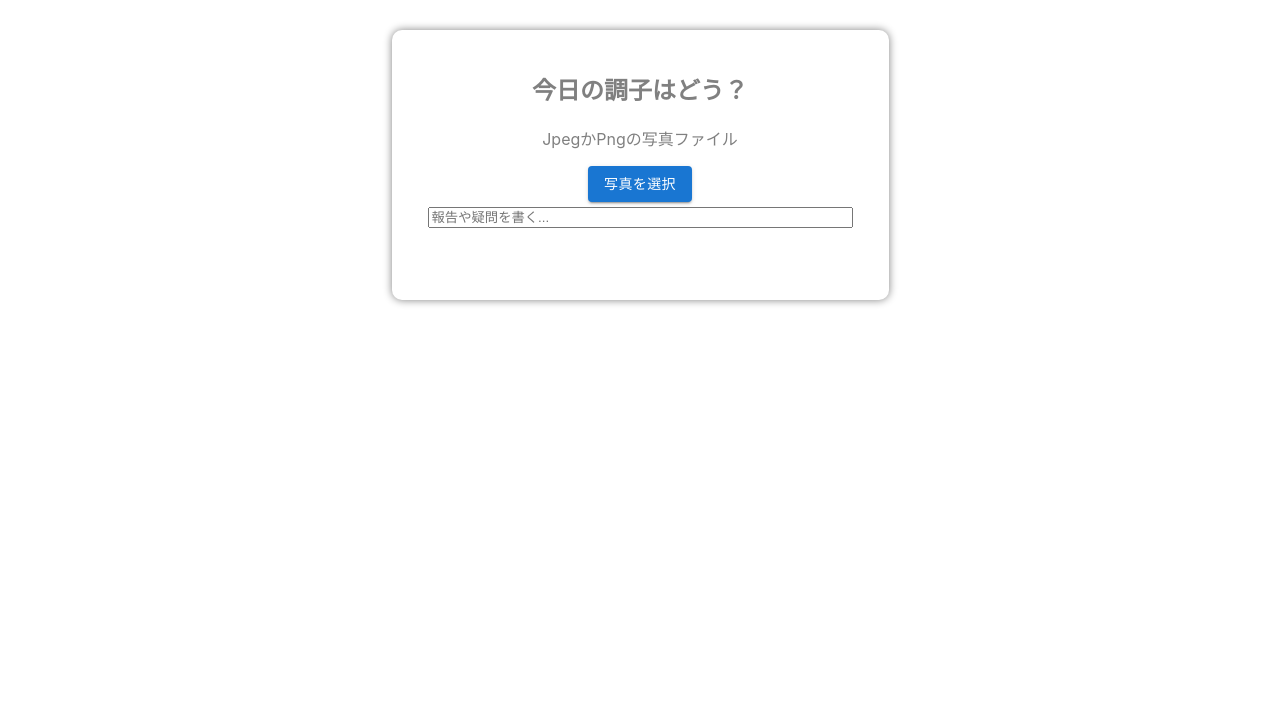
Repository: Seiya00002/seeds_surfers_react_sns
Page: /
An editor plug-in stored every save of this project. The page is shown before and after the next save, followed by the edit.
The browser window is 1280 px wide. The pictures show the whole page.
The page's requests for data from a server got no answer. The project was rebuilt for these pictures with package versions that can differ from the ones it lists, and the page was loaded fresh each time. No one was signed in, and anything a server would have sent is missing. Also part of the build but not shown: src/Post.css, src/Post.tsx.

Above is the page before, as saved 2023-08-03 07:47:38.

### src/App.tsx
import React from 'react';
import './App.css';
import { db, storage } from './firebase';
import { useEffect, useState, useRef } from "react";
import { collection, query, orderBy, getDocs, QuerySnapshot } from "firebase/firestore";
import { doc, onSnapshot } from 'firebase/firestore';
import Post from './Post';
import PostUploader from './PostUploader';

function App() {
  const [posts, setPosts] = useState<any>([]);
  // const containerRef = useRef<HTMLDivElement>(null);

  useEffect(() => {
    const q = query(collection(db, 'posts'), orderBy('timestamp', 'desc'));

    const unsubscribe = onSnapshot(q, (querySnapshot) => {
      const postsData = querySnapshot.docs.map((doc) => doc.data());
      setPosts(postsData);
    });

    return () => {
      // コンポーネントがアンマウントされる際にunsubscribeを行う
      unsubscribe();
    };
  }, []);

  // useEffect(() => {
  //   const container = containerRef.current;
  //   if(container){
  //   const scrollHeight = container.scrollHeight;
  //   const scrollTop = container.scrollTop;
  //   const offsetHeight = container.offsetHeight;

  //   container.scrollTop = scrollHeight - (scrollTop + offsetHeight);
  //   }
  // }, [posts]);

  return(
    <div className="App">
      <PostUploader />
      {posts.map((post:any) => (
        <Post key={post.timestamp} post={post} />
      ))}
    </div>
  );
}

export default App;

// 8/2 表示が不具合　・画面が上に推移し消えてしまう

### src/App.css
.App {
  text-align: center;
  display: flex;
  justify-content: center;
  align-items: center;
  width: 100%;
  /* height: 100vh; */
  flex-flow: column;
}

### src/firebase.tsx
import { initializeApp } from "firebase/app";
import { getFirestore } from "firebase/firestore";
import { getStorage } from "firebase/storage";


const firebaseConfig = {
  apiKey: "AIzaSyDRiOj3JAcuLe6c_Ms2hhsjBCCb8lLwSGU",
  authDomain: "seeds-surfers-react-sns.firebaseapp.com",
  projectId: "seeds-surfers-react-sns",
  storageBucket: "seeds-surfers-react-sns.appspot.com",
  messagingSenderId: "1087322797942",
  appId: "1:1087322797942:web:be61f4173bd538ec6e2c57"
};

const app = initializeApp(firebaseConfig);

export const storage = getStorage(app);

export const db = getFirestore(app);

// export default db;
// export default storage;

### src/PostUploader.tsx
import React, { useState}  from "react";
import ImageLogo from "./image.svg";
import "./PostUploader.css";
import { Button } from '@mui/material';
import { db, storage } from "./firebase";
import { ref, uploadBytesResumable, getDownloadURL } from "firebase/storage";
import firebase from "firebase/app";
import "firebase/firestore";
import { addDoc, collection, serverTimestamp } from "firebase/firestore";
import Post from "./Post";


function PostUploader() {
  const [loading, setLoading] = useState<boolean>(false);
  const [isUpLoaded, setUploaded] = useState<boolean>(false);
  const [text, setText] = useState<string>("");
  const [fileUrl, setFileUrl] = useState<any>("");

  const OnFileUploadToFirebase = (e:any) => {
        const file = e.target.files[0];
        const storageRef = ref(storage, 'image/' + file.name);
        const uploadImage = uploadBytesResumable(storageRef, file);

        setLoading(true);

        uploadImage.then((snapshot) => {
          setLoading(false);
          setUploaded(true);
          return getDownloadURL(snapshot.ref);
        })
        .then((url) => {
          setFileUrl(url);
        })
        .catch((error: any) => {
          setLoading(false);
          console.error("画像のアップロードに失敗しました。:", error);
        });
  };

  const onTextUploadToFirebase = () => {
    addDoc(collection(db, "posts"), {
      text:text,
      imageUrl:fileUrl,
      timestamp: serverTimestamp(),
    })
    .then(()=>{
      console.log("投稿が完了しました！");
      setText("");
      setFileUrl("");
      setUploaded(false);
    })
    .catch((error: any) => {
      console.error("エラーが発生しました。:",error);
    });
  };

  return (
    <>
      {loading ?(
        <h2>画像アップロード中・・・</h2>
      ) : (
        <>
          {isUpLoaded ? (
            <>
              <div className="outerBox">
                <h2>画像アップロード完了しました！</h2>

                <form id="post">
                  <label>
                    <input
                      type="text"
                      placeholder="報告や疑問を書く..."
                      size={50}
                      maxLength={500}
                      value={text}
                      onChange={e => setText(e.target.value)}
                    />
                  </label>
                  </form>
                  <input
                    type="button"
                    form="post"
                    value="Post"
                    onClick={onTextUploadToFirebase}
                  />
              </div>
            </>
            ) : (
              <div className="outerBox">
                <div className="title">
                  <h2>今日の調子はどう？</h2>
                  <p>JpegかPngの写真ファイル</p>
                </div>
                {/* <div className="imageUplodeBox">
                  <div className="imageLogoAndText">
                    <img src={ImageLogo} alt="imagelogo" />
                    <p>ここにドラッグ＆ドロップしてね</p>
                  </div>
                  <input
                  className="imageUploadInput"
                  multiple name="imageURL"
                  type="file"
                  accept=".png, .jpeg, .jpg"
                  onChange={OnFileUploadToFirebase}
                  />
                </div> */}
                {/* <p>または</p> */}
                <Button variant="contained">
                  写真を選択
                  <input
                  className="imageUploadInput"
                  type="file"
                  accept=".png, .jpeg, .jpg"
                  onChange={OnFileUploadToFirebase}
                  />
                </Button>
                <form id="post">
                  <label>
                    <input
                      type="text"
                      placeholder="報告や疑問を書く..."
                      className="textPost"
                      size={50}
                      maxLength={500}
                      value={text}
                      onChange={e => setText(e.target.value)}
                    />
                  </label>
                  </form>
                  <input
                    type="button"
                    className="textUploadInput"
                    form="post"
                    value="Post"
                    onClick={onTextUploadToFirebase}
                  />
              </div>
            )
          }
        </>
      )}
    </>
  );
};

export default PostUploader;

### src/PostUploader.css
.outerBox {
    margin: 30px 0;
    display: flex;
    flex-direction: column;
    align-items: center;
    justify-content: center;
    text-align: center;
    border: none;
    padding: 36px;
    border-radius: 10px;
    box-shadow: 0px 0px 8px gray;
    color: gray;
  }

  .outerBox h2 {
    font-weight: 600;
    margin-top: 5px;
  }

  .imageUplodeBox {
    border: 2px dashed #2d6395;
    padding: 35px 60px;
    position: relative;
  }

  .imageLogoAndText p {
    margin-bottom: 0px;
  }

  .imageUploadInput {
    opacity: 0;
    position: absolute;
    top: 0;
    left: 0;
    width: 100%;
    height: 100%;
    cursor: pointer;
  }

  .textPost {
    margin: 5px 0;
  }

  .textUploadInput {
    margin: 5px 0;
    opacity: 0;
    /* position: absolute;
    top: 0;
    left: 0;
    width: 100%;
    height: 100%; */
    cursor: pointer;
  }

Loaded but not shown: public/index.html (common file); src/index.tsx (common file); src/index.css (common file); src/reportWebVitals.ts (common file)

After the next save:
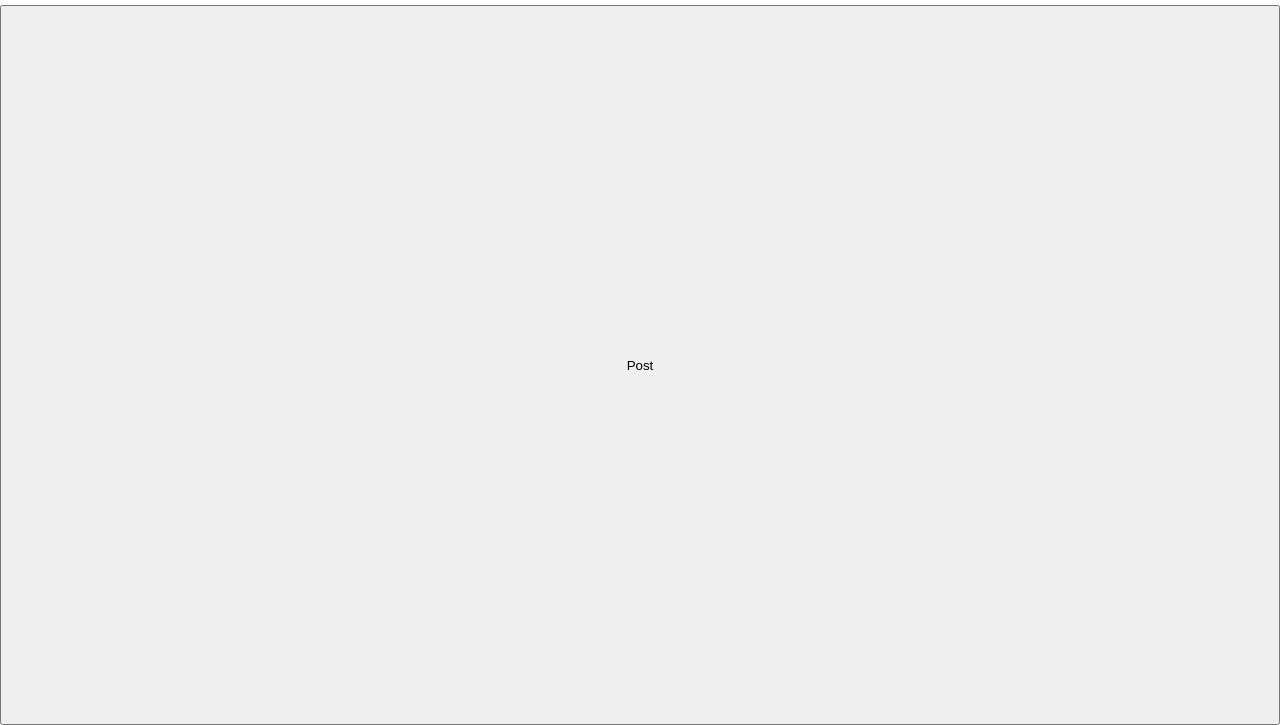
Saved 14 s later.
--- a/src/PostUploader.css
+++ b/src/PostUploader.css
@@ -43,11 +43,11 @@
 
   .textUploadInput {
     margin: 5px 0;
-    opacity: 0;
-    /* position: absolute;
+    /* opacity: 0; */
+    position: absolute;
     top: 0;
     left: 0;
     width: 100%;
-    height: 100%; */
+    height: 100%;
     cursor: pointer;
   }
